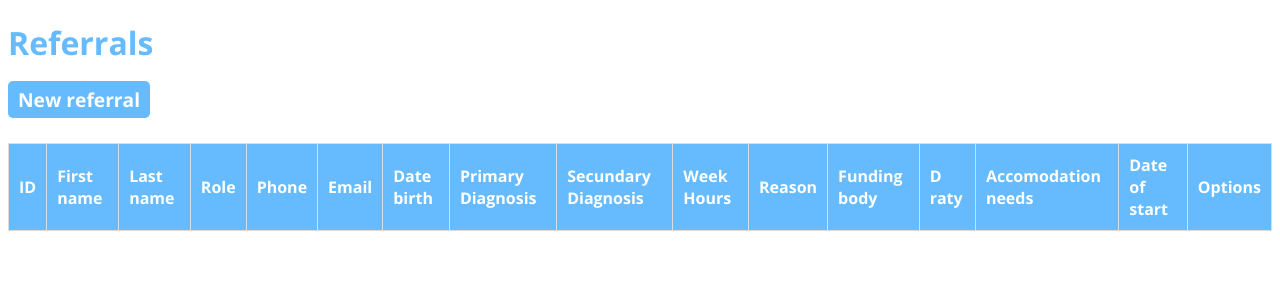
Repository: israelrodriguees/QAactivity
Page: http://localhost/referral/main
These files come from the project's save history. The page is drawn as it stood at one moment and after the next save; the edit follows.
The browser window is 1280 px wide. The pictures show the whole page.
The page is served by Tomcat 9. Queries for data that is not in the repository find no rows.

Above is the page before, as saved 2021-08-25 16:26:23.

After the next save:
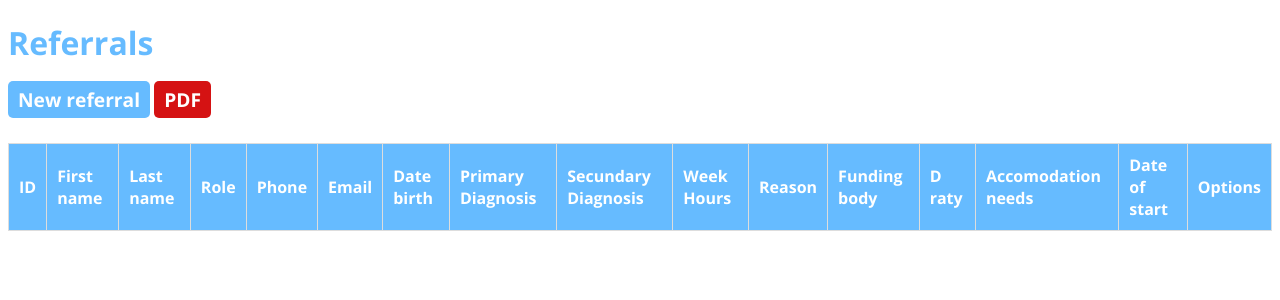
Saved 41 h 15 min later.
--- a/referral/src/main/webapp/agenda.jsp
+++ b/referral/src/main/webapp/agenda.jsp
@@ -19,6 +19,7 @@
 <body>
 	<h1>Referrals</h1>
 	<a href="new_referral.jsp" class="button1">New referral</a>
+	<a href="report" class="button2">PDF</a>
 	<table id="table">
 		<thead>
 			<tr>
